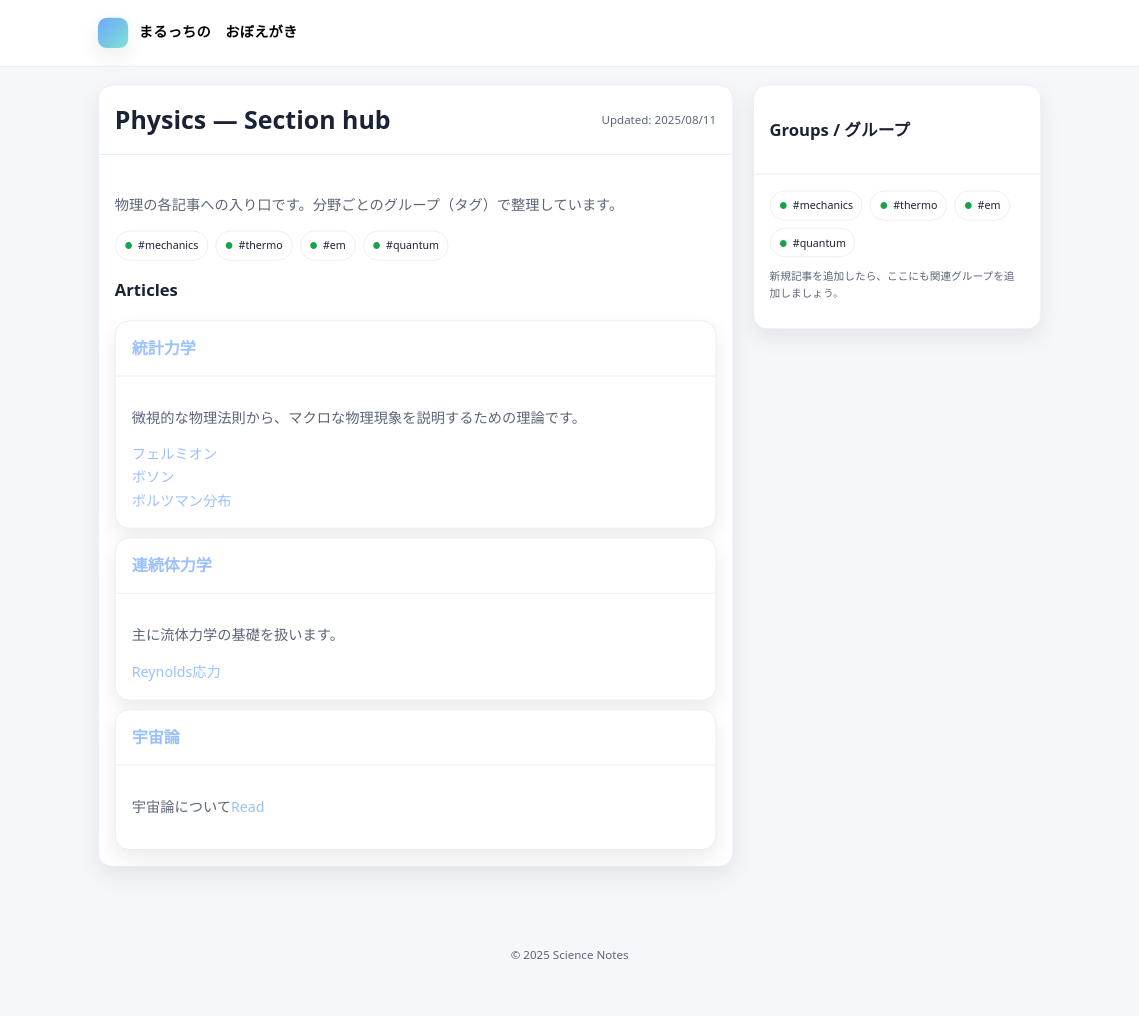
Repository: Riki-Mochimaru/tureduretunedune
Page: physics/index.html
An editor plug-in stored every save of this project. The page is shown before and after the next save, followed by the edit.
The browser window is 1280 px wide. The pictures show the whole page, at 89% of full size.

Above is the page before, as saved 2025-08-12 00:21:50.

### physics/index.html
<!-- ===============================
     FILE 1: physics/index.html — Physics section hub
     Save this as: /physics/index.html
     (American English in code comments; British English in visible prose.)
================================== -->
<!DOCTYPE html>
<html lang="ja">
<head>
  <meta charset="utf-8" />
  <meta name="viewport" content="width=device-width, initial-scale=1" />
  <title>Physics — Science Notes</title>
  <link rel="stylesheet" href="../assets/styles.css"><!-- shared CSS -->
</head>
<body>
  <header class="site">
    <div class="shell row">
        <div class="brand"><div class="brand-badge"></div><div><a href="./" class="link-black">まるっちの　おぼえがき</a></div></div>

    </div>
  </header>

  <main class="shell">
    <section class="grid" aria-label="Physics articles and sidebar">
      <div>
        <article class="card post">
          <div class="hd">
            <h2>Physics — Section hub</h2>
            <div class="meta"><span>Updated: <time data-auto-updated datetime="">—</time>
            </span></div>
          </div>
          <div class="bd">
            <p class="lead">物理の各記事への入り口です。分野ごとのグループ（タグ）で整理しています。</p>
            <div class="tags">
              <span class="tag" data-g="phys">#mechanics</span>
              <span class="tag" data-g="phys">#thermo</span>
              <span class="tag" data-g="phys">#em</span>
              <span class="tag" data-g="phys">#quantum</span>
            </div>

            <!-- Article list (add more <article> blocks or <li> items) -->
            <h3>Articles</h3>
            <div class="list">
                <article class="card">
                    <div class="hd"><h2 style="font-size:18px; margin:0;">
                      <a href="SM/">統計力学</a>
                    </h2></div>
                    <div class="bd">
                      <!-- <div class="meta"><span>Topic: Fluid Dynamics</span></div> -->
                      <p class="lead">微視的な物理法則から、マクロな物理現象を説明するための理論です。
                    <div><a href="SM/Fermion.html">フェルミオン</a></div>
                    <div> <a href="SM/Boson.html">ボソン</a></div>
                    <div><a href="SM/Boltzmann.html">ボルツマン分布</a></div>
                  </article>

              <article class="card">
                <div class="hd"><h2 style="font-size:18px; margin:0;">
                  <a href="FluidDynamics/">連続体力学</a>
                </h2></div>
                <div class="bd">
                  <!-- <div class="meta"><span>Topic: Fluid Dynamics</span></div> -->
                  <p class="lead">主に流体力学の基礎を扱います。
                 <div>
                    <a href="FluidDynamics/ReynoldsTensil.html">Reynolds応力</a>
                </div>
                </div>

              </article>

              <article class="card">
                <div class="hd"><h2 style="font-size:18px; margin:0;">
                  <a href="Cosmology/">宇宙論</a>
                </h2></div>
                <div class="bd">
                  <!-- <div class="meta"><span>Topic: Mechanics</span></div> -->
                  <p class="lead">宇宙論について<a href="Cosmology/">Read</a></p>
                  <!-- <div class="tags"><span class="tag" data-g="phys">#mechanics</span></div> -->
                </div>
              </article>
            </div>
          </div>
        </article>
      </div>

      <aside class="aside">
        <section class="card">
          <div class="hd"><h3>Groups / グループ</h3></div>
          <div class="bd">
            <div class="tags">
              <span class="tag" data-g="phys">#mechanics</span>
              <span class="tag" data-g="phys">#thermo</span>
              <span class="tag" data-g="phys">#em</span>
              <span class="tag" data-g="phys">#quantum</span>
            </div>
            <p class="hint">新規記事を追加したら、ここにも関連グループを追加しましょう。</p>
          </div>
        </section>
      </aside>
    </section>
  </main>

  <footer class="site"><div class="shell">© 2025 Science Notes</div></footer>

  <!-- MathJax (enable TeX rendering if you use TeX on this page) -->
  <script>
    window.MathJax = { tex: { inlineMath: [['$','$'], ['\\(','\\)']], displayMath: [['$$','$$'], ['\\[','\\]']] }, options: { renderActions: { addMenu: [] } } };
  </script>
  <script src="https://cdn.jsdelivr.net/npm/mathjax@3/es5/tex-mml-chtml.js" async></script>
</body>
</html>

<script>
    // Client-side: auto-fill "Updated" date from document.lastModified
    document.querySelectorAll('time[data-auto-updated]').forEach(t => {
      const d = new Date(document.lastModified);
      // ISO (yyyy-mm-dd)
      const iso = new Date(d.getTime() - d.getTimezoneOffset()*60000)
                    .toISOString().slice(0,10);
      t.setAttribute('datetime', iso);
      // Human-readable in Japanese (Asia/Tokyo)
      t.textContent = d.toLocaleDateString('ja-JP', {
        timeZone: 'Asia/Tokyo', year: 'numeric', month: '2-digit', day: '2-digit'
      });
    });
    </script>

### assets/styles.css
/* styles.css — Science Notes
   House style: British English prose; American English in code comments.
*/

/* =========================
   Design tokens
   ========================= */
   :root {
    --bg: #0b0c10;
    --surface: #0f1117;
    --card: #121520;
    --text: #e8ecf8;
    --subtle: #9aa3b2;
    --border: #1e2636;
    --brand: #6ea8fe;
    --accent: #7de2d1;
    --warn: #ffd166;
    --danger: #ff6b6b;
    --radius: 16px;
    --shadow: 0 10px 24px rgba(0,0,0,.35), 0 1px 0 rgba(255,255,255,.04) inset;
    --font-sans: ui-sans-serif, system-ui, -apple-system, Segoe UI, Roboto, Noto Sans JP, "Helvetica Neue", Arial;
    --font-mono: ui-monospace, SFMono-Regular, Menlo, Monaco, Consolas, "Liberation Mono", monospace;
  }
  @media (prefers-color-scheme: light) {
    :root {
      --bg: #f6f7fb; --surface: #ffffff; --card: #ffffff; --text: #1b2235; --subtle: #5b6578; --border: #e7ecf4;
      --shadow: 0 10px 24px rgba(0,0,0,.08);
    }
  }

  /* Base */
  *, *::before, *::after { box-sizing: border-box; }
  html, body { height: 100%; }
  body { margin: 0; font-family: var(--font-sans); background: var(--bg); color: var(--text); line-height: 1.6; }
  /* Accessible link look */
  a { color: #9ac1ff; text-decoration: none; }
  a:hover { text-decoration: underline; }

  /* Header */
  header.site { position: sticky; top: 0; z-index: 10; background: color-mix(in oklab, var(--surface) 92%, transparent); border-bottom: 1px solid var(--border); backdrop-filter: blur(6px); }
  .shell { max-width: 1100px; margin: 0 auto; padding: 20px; }
  .row { display: grid; grid-template-columns: 1fr auto; align-items: center; gap: 16px; }
  .brand { display: flex; align-items: center; gap: 12px; font-weight: 800; letter-spacing: .2px; }
  .brand-badge { width: 34px; height: 34px; border-radius: 10px; background: linear-gradient(135deg, var(--brand), var(--accent)); box-shadow: var(--shadow); }
  nav a { margin-left: 16px; font-weight: 600; }

  /* Layout */
  main { padding-top: 10px; }
  .grid { display: grid; grid-template-columns: 2.2fr 1fr; gap: 22px; align-items: start; }
  @media (max-width: 980px) { .grid { grid-template-columns: 1fr; } }

  /* Cards */
  .card { background: var(--card); border: 1px solid var(--border); border-radius: var(--radius); box-shadow: var(--shadow); overflow: clip; }
  .card .hd { padding: 16px 18px; border-bottom: 1px solid var(--border); display:flex; align-items:center; justify-content: space-between; }
  .card .bd { padding: 18px; }

  /* Tag/Group chips */
  .tags { display:flex; flex-wrap: wrap; gap: 8px; }
  .tag { --c: #334155; color: var(--text); font-size: 12px; padding: 6px 10px; border: 1px solid var(--border); border-radius: 999px; background: color-mix(in oklab, var(--card) 88%, transparent); }
  .tag[data-g="math"]   { --c: #2563eb; }
  .tag[data-g="phys"]   { --c: #16a34a; }
  .tag[data-g="cs"]     { --c: #a855f7; }
  .tag[data-g="stats"]  { --c: #eab308; }
  .tag[data-g="ethics"] { --c: #ef4444; }
  .tag::before { content: "●"; font-size: 10px; margin-right: 6px; color: var(--c); }

  /* Article */
  article.post { display: grid; gap: 10px; }
  article.post h2 { margin: 0; font-size: clamp(20px, 2.6vw, 28px); }
  .meta { color: var(--subtle); font-size: 13px; display:flex; gap: 12px; flex-wrap: wrap; }
  .lead { color: var(--subtle); }

  /* Math blocks (TeX text before JS render) */
  .math { font-family: var(--font-mono); background: color-mix(in oklab, var(--card) 90%, transparent); border: 1px dashed var(--border); border-radius: 10px; padding: 10px 12px; overflow:auto; }
  .eqno { float: right; color: var(--subtle); margin-left: 8px; }

  /* Comment UI (static) */
  .comments { margin-top: 8px; border-top: 1px dashed var(--border); padding-top: 10px; }
  .comment { display: grid; grid-template-columns: 40px 1fr; gap: 10px; padding: 12px 0; }
  .comment + .comment { border-top: 1px dashed var(--border); }
  .avatar { width: 40px; height: 40px; border-radius: 50%; background: linear-gradient(135deg, var(--brand), var(--accent)); display:grid; place-items:center; font-weight: 800; color: #0008; }
  .who { font-weight: 700; }
  .when { color: var(--subtle); font-size: 12px; }

  /* Simple form look (non-functional without JS/backend) */
  .form { display: grid; gap: 10px; background: color-mix(in oklab, var(--card) 90%, transparent); border: 1px solid var(--border); border-radius: 12px; padding: 12px; }
  .input, .textarea { width: 100%; padding: 10px 12px; border-radius: 10px; border: 1px solid var(--border); background: var(--surface); color: var(--text); outline: none; }
  .input:focus, .textarea:focus { box-shadow: 0 0 0 6px #2a5fff33; }
  .btn { display: inline-flex; align-items: center; justify-content: center; gap: 8px; padding: 10px 14px; font-weight: 700; border-radius: 10px; border: 1px solid var(--border); background: linear-gradient(180deg, var(--brand), #4d86f7); color: #fff; cursor: not-allowed; opacity: .8; }
  .hint { font-size: 12px; color: var(--subtle); }

  /* Aside */
  .aside .card + .card { margin-top: 18px; }
  .list { display: grid; gap: 10px; }

  /* Footer */
    footer.site {
      margin-top: 28px;
      color: var(--subtle);
      font-size: 13px;
      text-align: center;
      padding: 20px 0 40px;
    }

  /* Print */
  @media print {
    header.site, footer.site { display:none; }
    .card { box-shadow: none; border-color: #ccc; }
    a { color: #000; text-decoration: none; }
  }
  /* Only this link should be black in the header brand */
header.site .brand a.link-black:link,
header.site .brand a.link-black:visited {
  color: #000 !important;   /* 競合対策で念のため */
}

header.site .brand a.link-black:hover,
header.site .brand a.link-black:active {
  color: #000 !important;
  text-decoration: underline;
}

After the next save:
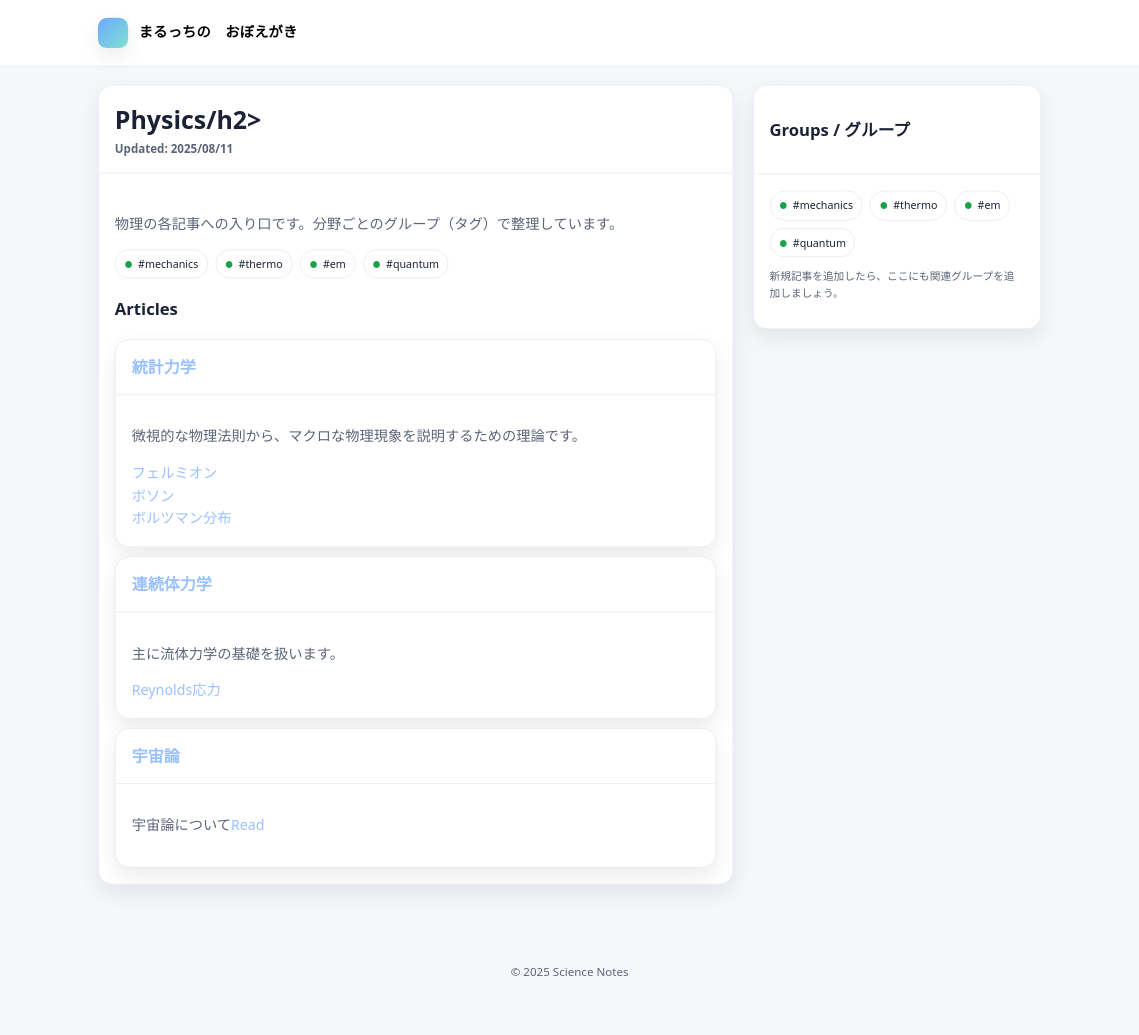
Saved 53 s later.
--- a/physics/index.html
+++ b/physics/index.html
@@ -24,7 +24,7 @@
       <div>
         <article class="card post">
           <div class="hd">
-            <h2>Physics — Section hub</h2>
+            <h2>Physics/h2>
             <div class="meta"><span>Updated: <time data-auto-updated datetime="">—</time>
             </span></div>
           </div>

After the save that followed:
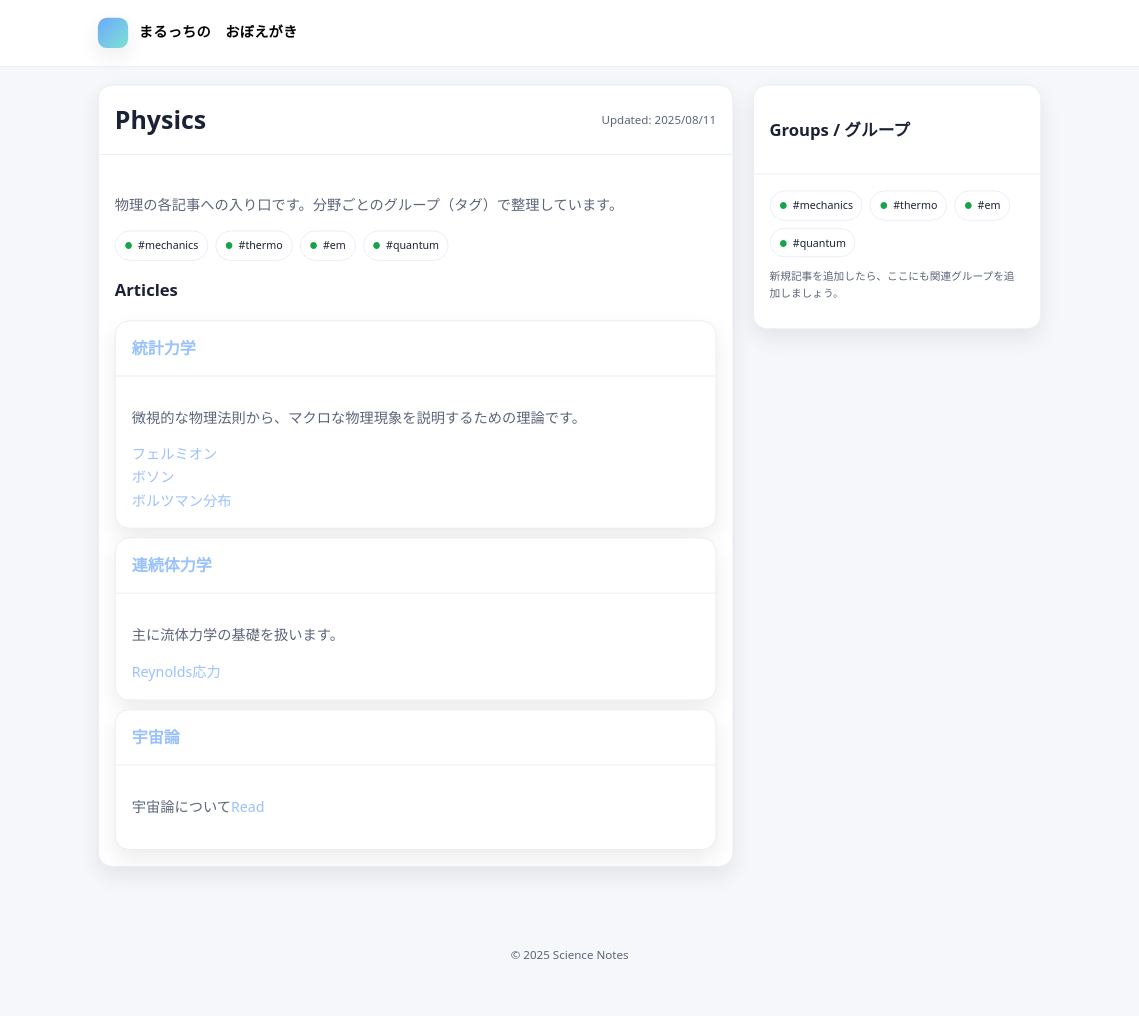
Saved 4 s later.
--- a/physics/index.html
+++ b/physics/index.html
@@ -24,7 +24,7 @@
       <div>
         <article class="card post">
           <div class="hd">
-            <h2>Physics/h2>
+            <h2>Physics</h2>
             <div class="meta"><span>Updated: <time data-auto-updated datetime="">—</time>
             </span></div>
           </div>
